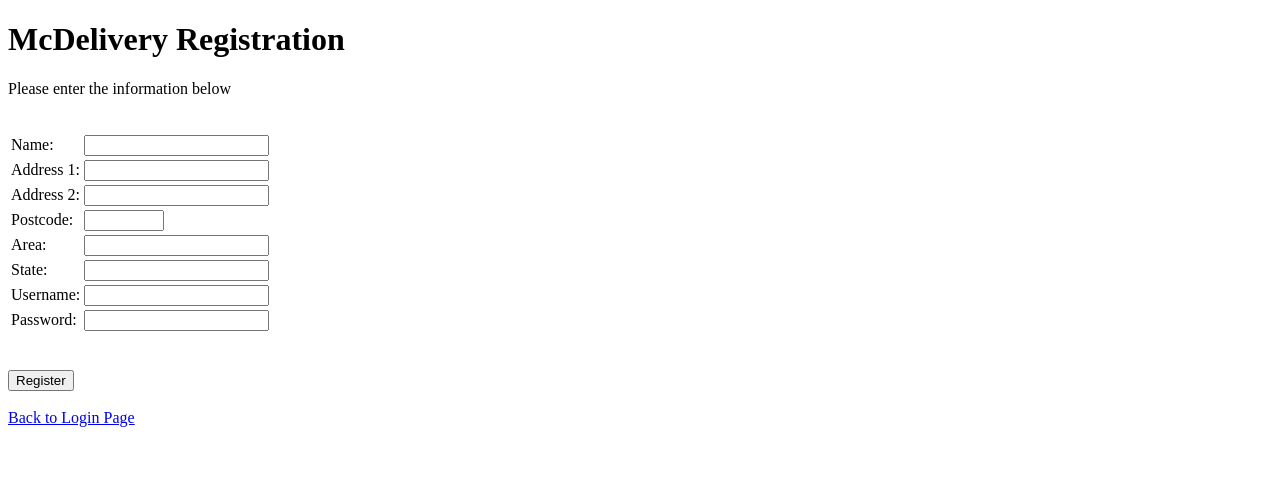
Repository: Jeck97/Mcdonald-Delivery-System
Page: http://localhost/McDelivery/register/registerForm.jsp
These files come from the project's save history. The page is drawn as it stood at one moment and after the next save; the edit follows.
The browser window is 1280 px wide. The pictures show the whole page.
The page is served by Tomcat 9. Other server files are loaded and not shown.

Above is the page before, as saved 2020-07-10 07:39:39.

### McDelivery/WebContent/register/registerForm.jsp
<%@ page language="java" contentType="text/html; charset=ISO-8859-1"
    pageEncoding="ISO-8859-1"%>
<!DOCTYPE html>
<html>
<head>
<meta charset="ISO-8859-1">
<title>Register Page</title>
</head>
<body>

	<h1>McDelivery Registration</h1>

	<p>
		Please enter the information below
	</p>

	<form action="registerServlet" method="post">

		<div style="color: #FF0000;">${errorMessage}</div><br>

		<table>
			<tr>
				<td><label>Name:</label></td>
				<td><input type="text" name="name" value="${name}" maxlength="45" required></td>
			</tr>

			<tr>
				<td><label>Address 1:</label></td>
				<td><input type="text" name="address1" value="${address1}" maxlength="100" required></td>
			</tr>

			<tr>
				<td><label>Address 2:</label></td>
				<td><input type="text" name="address2" value="${address2}" maxlength="100" required></td>
			</tr>

			<tr>
				<td><label>Postcode:</label></td>
				<td><input type="number" name="postcode" value="${postcode}" min="1000" max="99999" required></td>
			</tr>

			<tr>
				<td><label>Area:</label></td>
				<td><input type="text" name="area" value="${area}" maxlength="45" required></td>
			</tr>

			<tr>
				<td><label>State:</label></td>
				<td><input type="text" name="state" value="${state}" maxlength="45" required></td>
			</tr>

			<tr>
				<td><label>Username:</label></td>
				<td><input type="text" name="username" value="${username}" maxlength="20" required></td>
			</tr>

			<tr>
				<td><label>Password:</label></td>
				<td><input type="password" name="password" maxlength="20" required></td>
			</tr>
		</table>

		<br><br>
		<input type="submit" value="Register">

	</form>

	<br><a href="../login/loginForm.jsp">Back to Login Page</a>

</body>
</html>

After the next save:
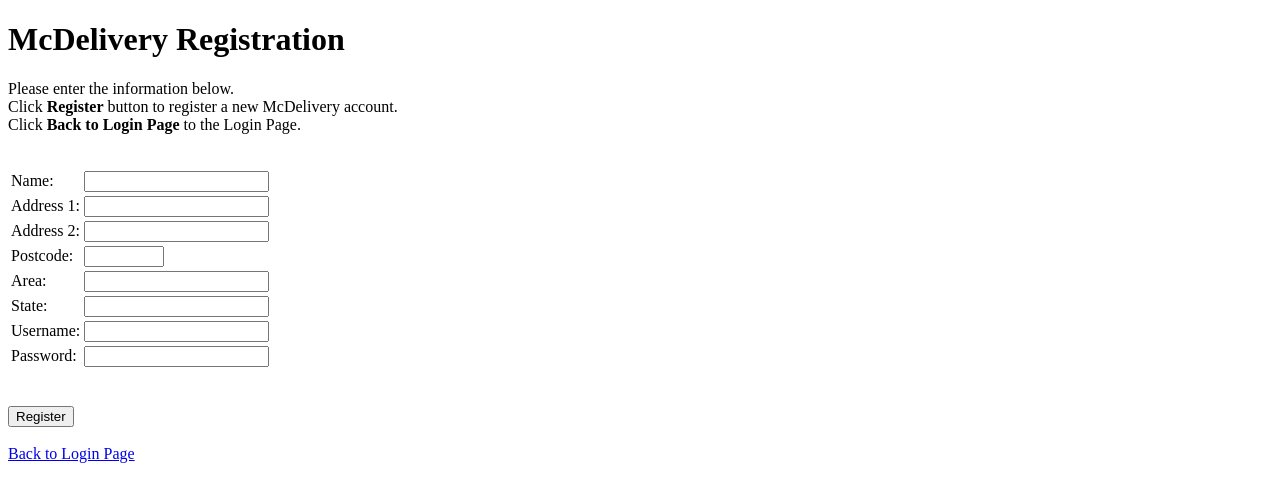
Saved 7 min 42 s later.
--- a/McDelivery/WebContent/register/registerForm.jsp
+++ b/McDelivery/WebContent/register/registerForm.jsp
@@ -11,7 +11,9 @@
 	<h1>McDelivery Registration</h1>
 
 	<p>
-		Please enter the information below
+		Please enter the information below.<br>
+		Click <b>Register</b> button to register a new McDelivery account.<br>
+		Click <b>Back to Login Page</b> to the Login Page.
 	</p>
 
 	<form action="registerServlet" method="post">
@@ -65,7 +67,9 @@
 
 	</form>
 
-	<br><a href="../login/loginForm.jsp">Back to Login Page</a>
+	<br>
+
+	<a href="../login/loginForm.jsp">Back to Login Page</a>
 
 </body>
 </html>
